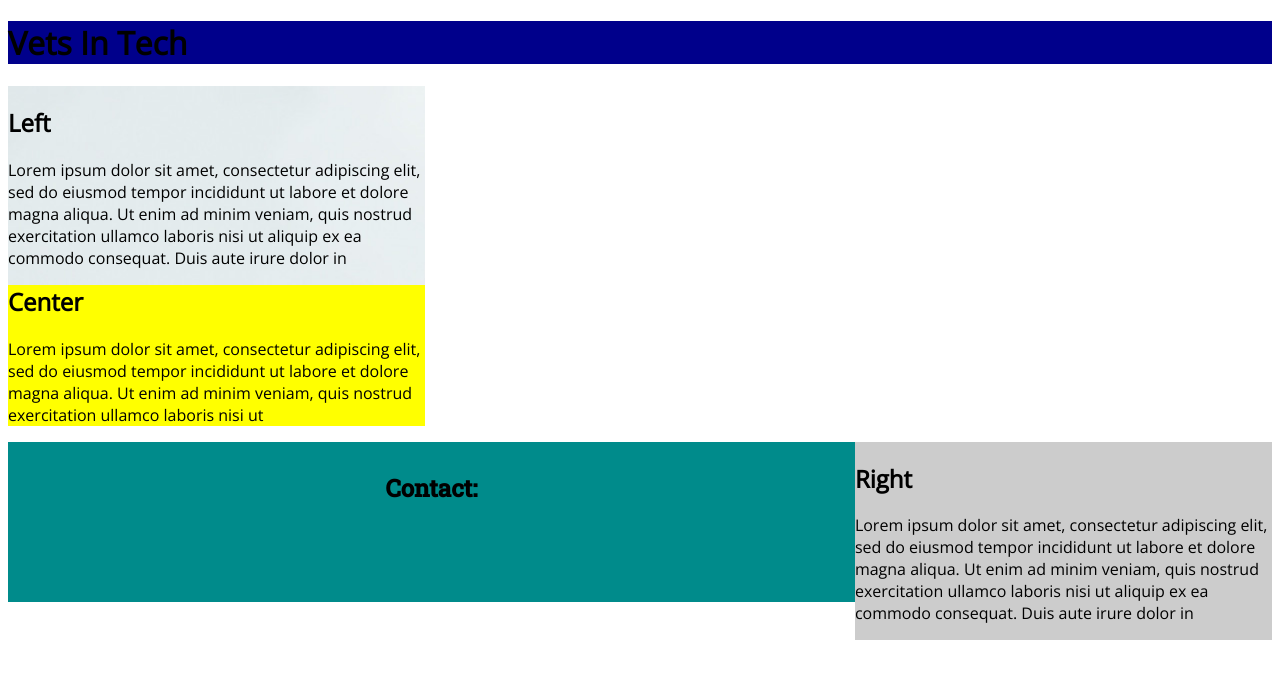
Repository: 3EyEdRav3n/10-2020-cohort-course
Page: week-1/Week-1 Assignment/index.html
An editor plug-in stored every save of this project. The page is shown before and after the next save, followed by the edit.
The browser window is 1280 px wide. The pictures show the whole page.

Above is the page before, as saved 2020-11-01 20:53:19.

After the next save:
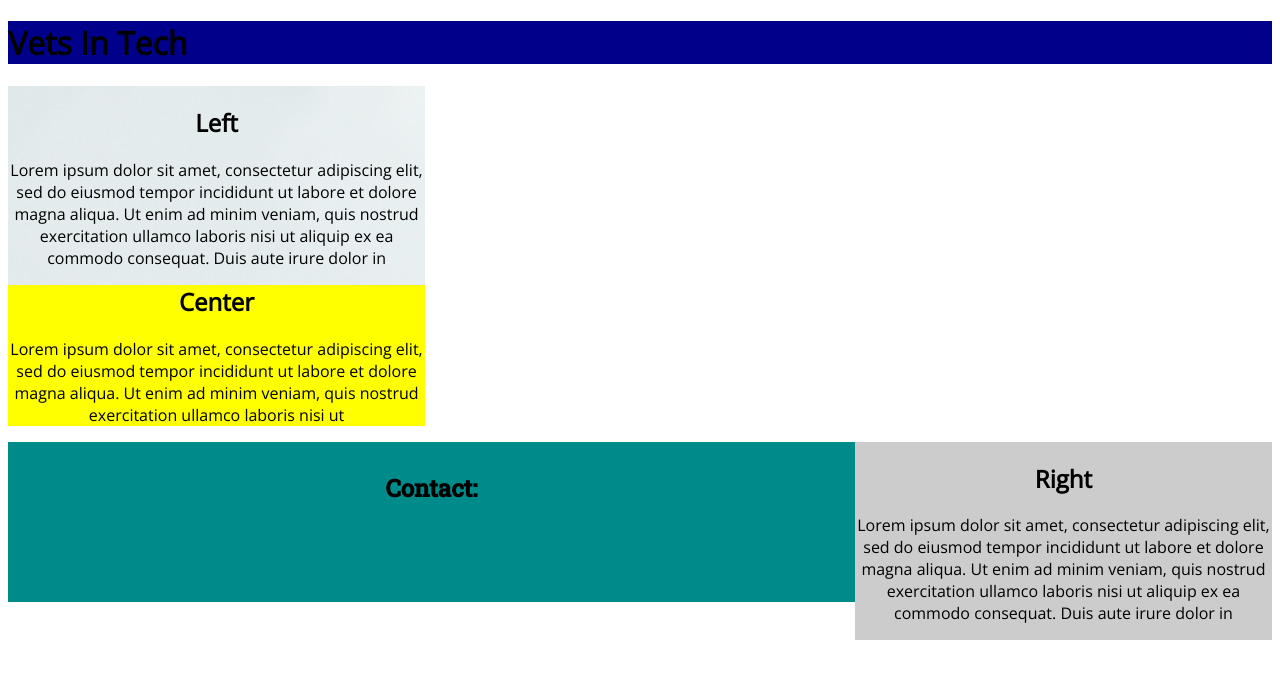
Saved 80 s later.
--- a/week-1/Week-1 Assignment/styles.css
+++ b/week-1/Week-1 Assignment/styles.css
@@ -11,16 +11,19 @@
 .left-col{
         background-image: url("/images/lincoln.jpg");
         background-color: #cccccc;
+        text-align: center;
         width: 33%;
         float: left;
 }
 .center-col{
         background-color: yellow;
+        text-align: center;
         width: 33%;
 }
 .right-col{
         background-color: #cccccc;
         width: 33%;
+        text-align: center;
         float: right;
 }
 .footer{
